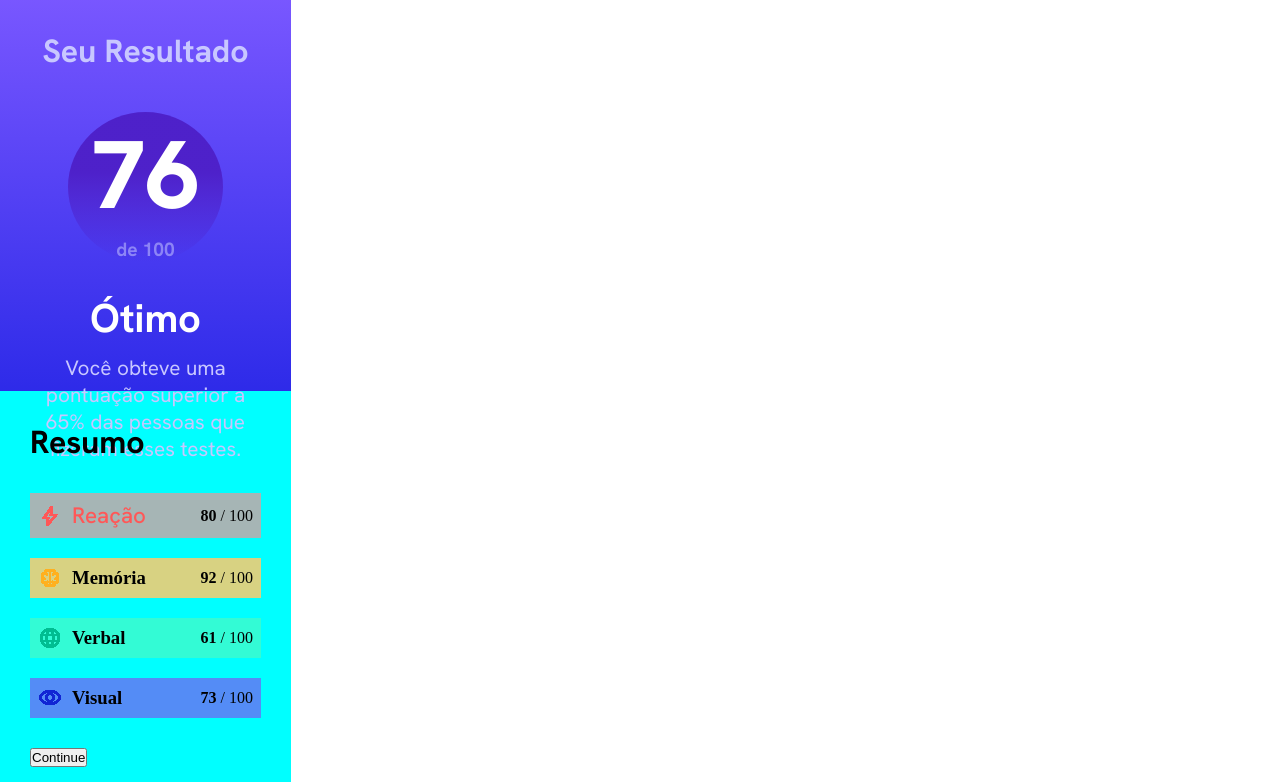
Repository: caique2512/resumo-de-resultados
Page: index.html
An editor plug-in stored every save of this project. The page is shown before and after a run of saves, followed by the edit.
The browser window is 1280 px wide. The pictures show the whole page.

Above is the page before, as saved 2026-03-13 17:17:05.

After the next 2 saves:
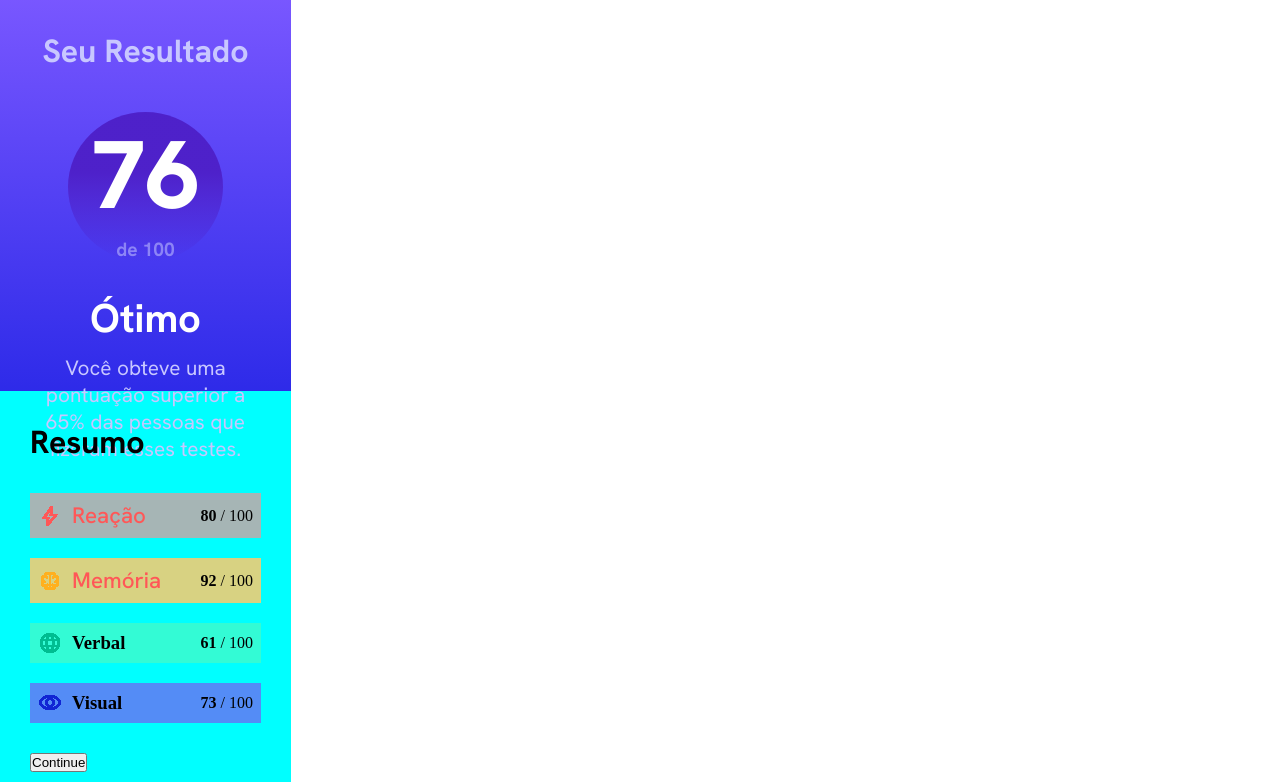
The 2 saves are shown as one change because they came seconds apart.
The last was saved 37 s later.
--- a/src/css/estilos.css
+++ b/src/css/estilos.css
@@ -101,6 +101,13 @@
     padding: 8px;
 }
 
+.resultado .resumo2 h3 {
+    color: hsl(0, 100%, 67%);
+    font-family: "Hanken Grotesk";
+    font-size: 1.4rem;
+    font-weight: 500;
+}
+
 .resultado .classes .resumo2 div {
     display: flex;
     align-items: center;
